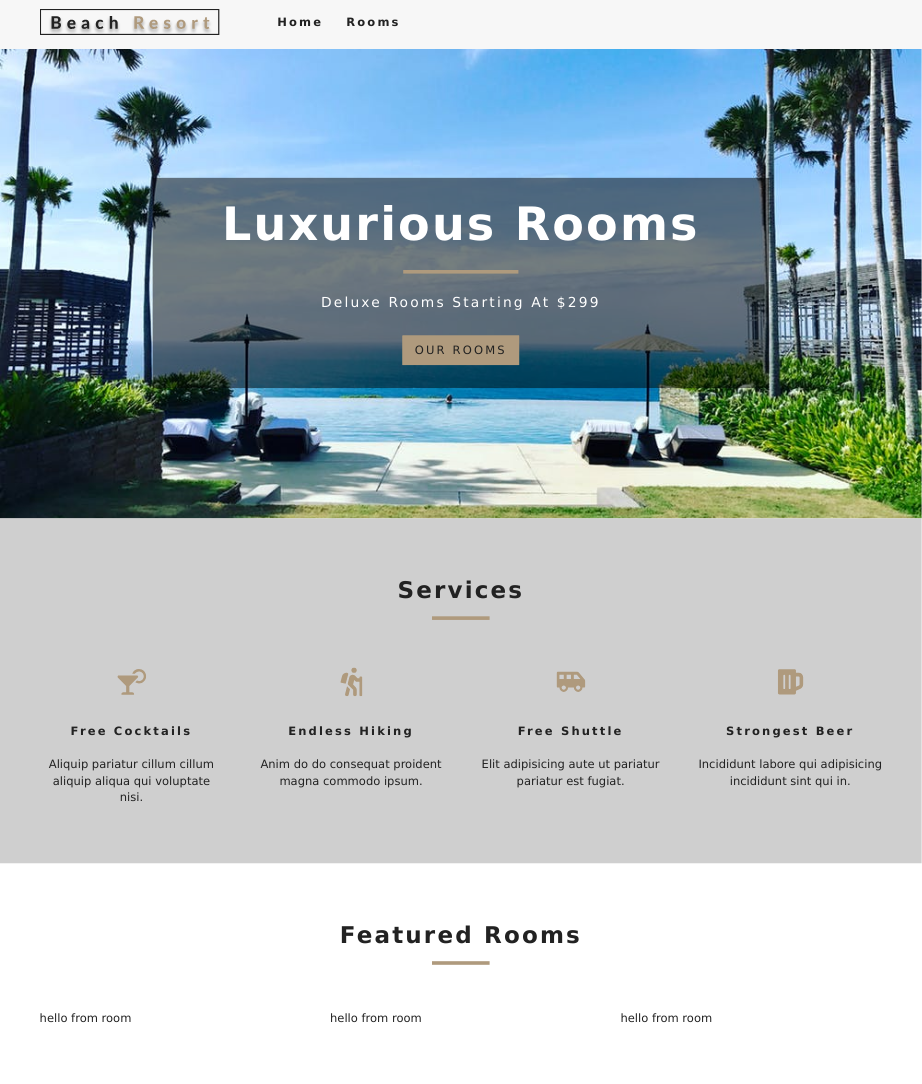
Repository: thanhn379/react-beach-resort
Page: /
An editor plug-in stored every save of this project. The page is shown before and after the next save, followed by the edit.
The browser window is 1280 px wide. The pictures show the whole page, at 72% of full size.
The project was rebuilt for these pictures with package versions that can differ from the ones it lists, and the page was loaded fresh each time. Also part of the build but not shown: src/pages/Rooms.js, src/pages/SingleRoom.js, src/pages/Error.js.

Above is the page before, as saved 2019-11-15 03:03:34.

After the next save:
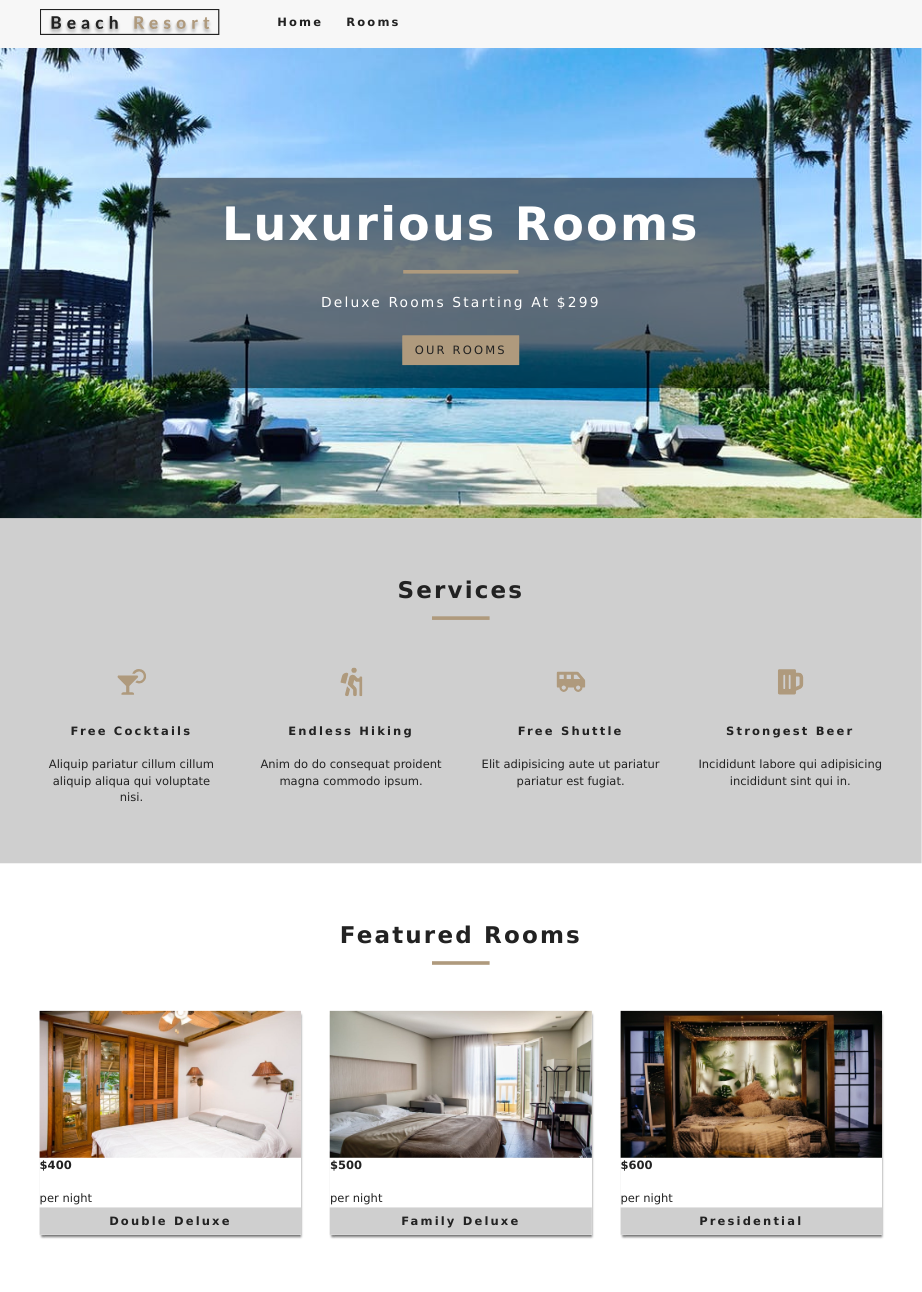
Saved 23 min 27 s later.
--- a/src/components/Room.js
+++ b/src/components/Room.js
@@ -1,5 +1,22 @@
 import React from "react";
+import { Link } from "react-router-dom";
+import defaultImg from "../images/room-1.jpeg";
+export default function Room({ room }) {
+  let { name, slug, images, price } = room;
 
-export default function Room() {
-  return <div>hello from room</div>;
+  return (
+    <article className="room">
+      <div className="img-container">
+        <img src={images[0] || defaultImg} alt="single room" />
+        <div className="room-price">
+          <h6>${price}</h6>
+          <p>per night</p>
+        </div>
+        <Link to={`/rooms/${slug}`} className="btn btn-primary room-link">
+          Features
+        </Link>
+      </div>
+      <p className="room-info">{name}</p>
+    </article>
+  );
 }
